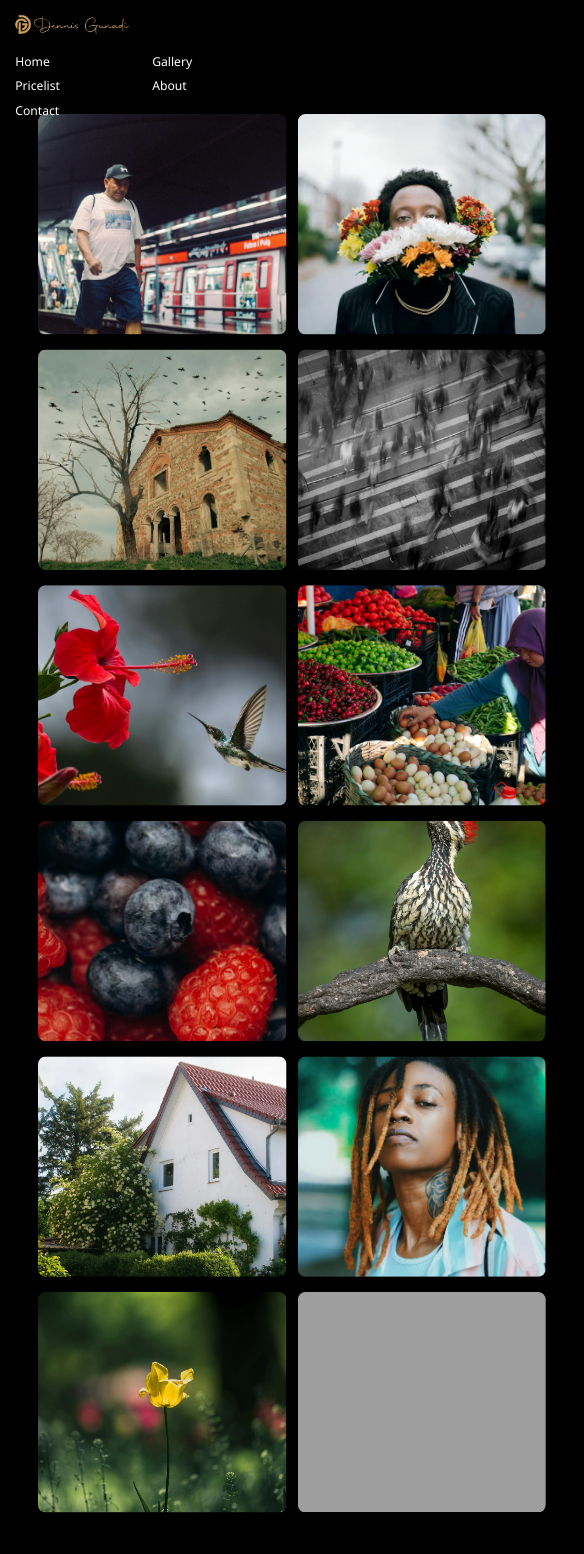
Repository: Diegoms0595/Diego-Final-project2
Page: gallery.html
An editor plug-in stored every save of this project. The page is shown before and after the next save, followed by the edit.
The browser window is 768 px wide. The pictures show the whole page, at 76% of full size.
Pictures or frames that could not be fetched are drawn as grey boxes.

Above is the page before, as saved 2025-06-03 20:26:54.

After the next save:
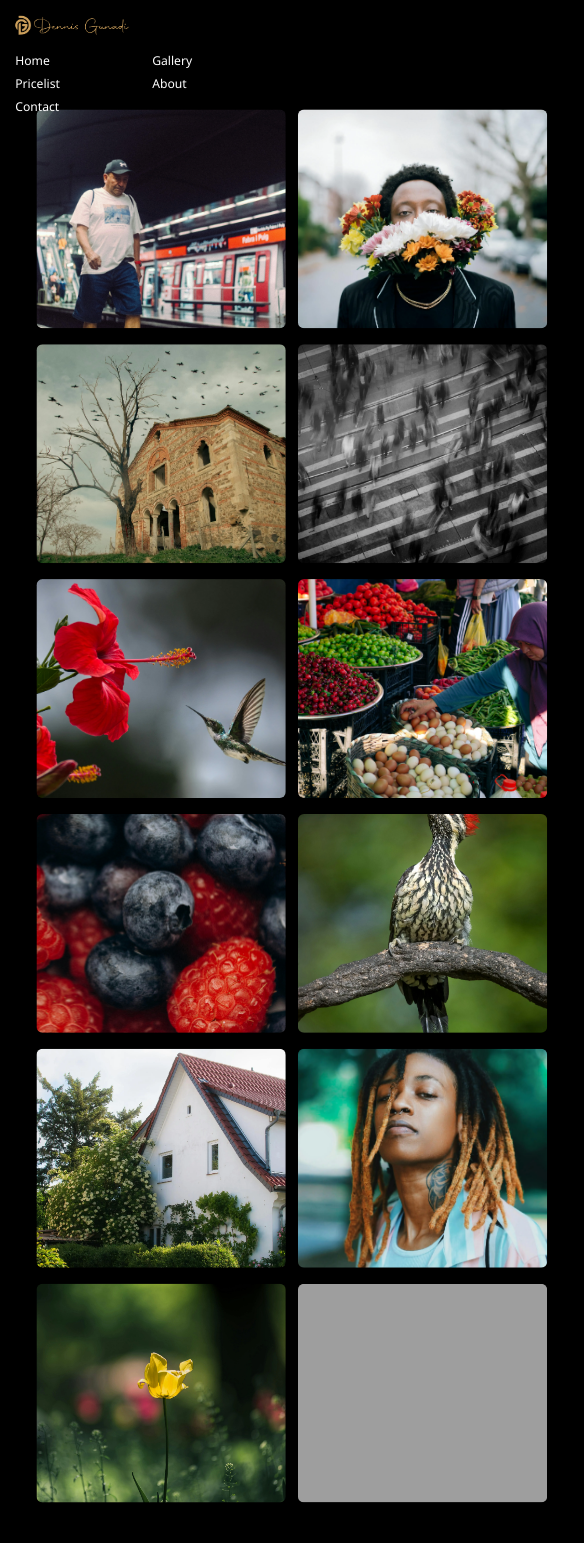
Saved 63 s later.
--- a/gallery.css
+++ b/gallery.css
@@ -18,7 +18,7 @@
   display: flex;
   justify-content: space-between;
   align-items: center;
-  padding: 1.25rem 3.125rem;
+  padding: 1rem 3rem;
   position: absolute;
   top: 0;
   width: 100%;
@@ -32,7 +32,7 @@
 .nav-links {
   list-style: none;
   display: flex;
-  gap: 1.875rem;
+  gap: 2rem;
 }
 
 .nav-links li a {
@@ -53,7 +53,7 @@
   background-position: center;
   display: flex;
   align-items: center;
-  padding-left: 6.25rem;
+  padding-left: 6rem;
   position: relative;
 }
 
@@ -71,7 +71,7 @@
 .hero-text {
   position: relative;
   z-index: 2;
-  max-width: 37.5rem;
+  max-width: 38rem;
   animation: fadeIn 2s ease-out forwards;
 }
 
@@ -79,7 +79,7 @@
   font-size: 3.75rem;
   color: #f5c47c;
   font-weight: bold;
-  margin-bottom: 1.25rem;
+  margin-bottom: 1rem;
   line-height: 1.2;
   transition: transform 0.3s ease;
 }
@@ -91,7 +91,7 @@
 .hero-text p {
   font-size: 1rem;
   line-height: 1.8;
-  margin-bottom: 1.875rem;
+  margin-bottom: 2rem;
   color: #fff;
   animation: slideUp 2.5s ease forwards;
 }
@@ -100,7 +100,7 @@
   display: inline-block;
   background-color: #f5c47c;
   color: black;
-  padding: 0.75rem 1.5625rem;
+  padding: 0.75rem 1.5rem;
   border-radius: 0.5rem;
   text-decoration: none;
   font-weight: bold;
@@ -124,16 +124,16 @@
 
 .gallery {
   display: grid;
-  grid-template-columns: repeat(auto-fit, minmax(15.625rem, 1fr));
-  gap: 0.9375rem;
-  padding: 9.375rem 3.125rem 3.125rem;
+  grid-template-columns: repeat(auto-fit, minmax(16rem, 1fr));
+  gap: 1rem;
+  padding: 9rem 3rem 3rem;
 }
 
 .gallery img {
   width: 100%;
-  height: 18.125rem;
+  height: 18rem;
   object-fit: cover;
-  border-radius: 0.625rem;
+  border-radius: 0.5rem;
   transition: transform 0.3s ease;
 }
 
@@ -145,14 +145,14 @@
   header {
     flex-direction: column;
     align-items: flex-start;
-    padding: 0.9375rem 1.25rem;
-    gap: 0.625rem;
+    padding: 1rem 1.25rem;
+    gap: 0.5rem;
   }
 
   .nav-links {
     flex-wrap: wrap;
     display: flex;
-    gap: 0.625rem 1.25rem;
+    gap: 0.5rem 1.25rem;
     width: 100%;
   }
 
@@ -191,14 +191,14 @@
 
   footer .FAQ {
     max-width: 100%;
-    padding: 0.625rem;
+    padding: 0.5rem;
     font-size: 0.875rem;
   }
 
   footer .FAQ h3,
   footer .FAQ h2 {
     font-size: 1.2rem;
-    margin-bottom: 0.625rem;
+    margin-bottom: 0.5rem;
   }
 
   footer details {
@@ -207,18 +207,18 @@
   }
 
   footer summary {
-    font-size: 0.6875rem;
+    font-size: 0.75rem;
   }
 
   footer details p {
-    font-size: 0.5625rem;
+    font-size: 0.625rem;
   }
 }
 
 footer .FAQ {
-  max-width: 37.5rem;
-  padding: 0.9375rem;
-  border-radius: 0.625rem;
+  max-width: 38rem;
+  padding: 1rem;
+  border-radius: 0.5rem;
   align-items: start;
   text-align: left;
 }
